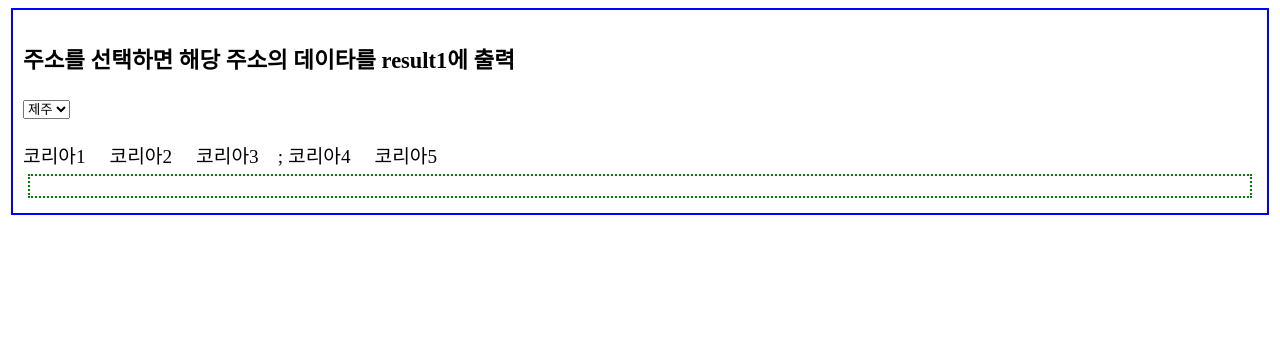
Repository: patternlobe-stack/MY_repository
Page: webpro/src/main/webapp/0916/data메소드.html
An editor plug-in stored every save of this project. The page is shown before and after the next save, followed by the edit.
The browser window is 1280 px wide. The pictures show the whole page.
After loading, the first visible `#addr` was changed once.

Above is the page before, as saved 2025-09-16 08:17:17.
Console error: ReferenceError: address is not defined

After the next save:
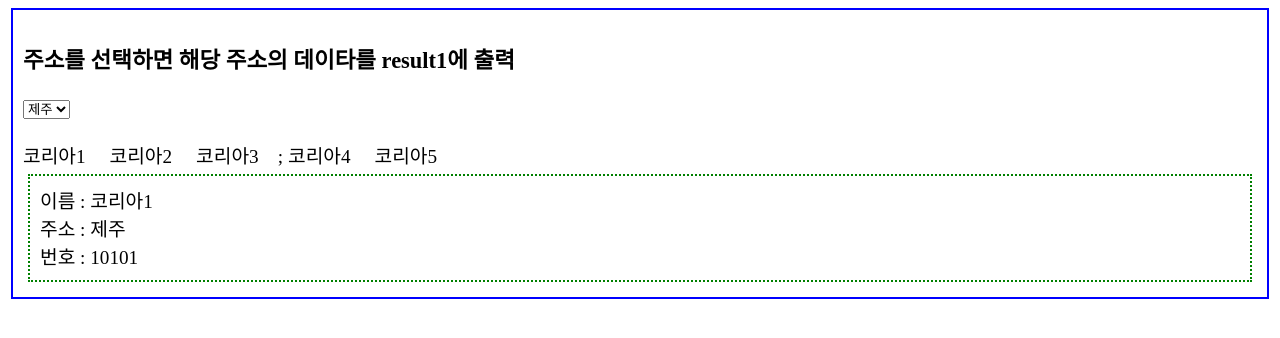
The error is gone.
Saved 107 s later.
--- a/webpro/src/main/webapp/0916/data메소드.html
+++ b/webpro/src/main/webapp/0916/data메소드.html
@@ -9,58 +9,34 @@
  <!--<script src= ..... </script> -->
 <!--  외부스크립트를 만들수 있다.-->
 <script>
+$(()=>{
+    $('#addr').on('change', function(){
+        // 선택된 option 값
+        let addr = $('option:selected', this).val().trim();
 
-$(()=>{
+        // this: #addr 를 기준으로 형제 span들 찾기
+        let aa = $(this).siblings('span');
+        console.log(aa);
 
-	$('#addr').on('change',function(){
-		//this :#addr
+        let str = "";
 
-	//$('#addr option')
-	let addr = $('option:selected', this).val().trim();
+        $(aa).each(function(){
+            let dataAddr = $(this).data('address');
 
-	 spAddr = $('span').attr('data-address');
-	 spAddr = $('span').data('address');
+            if(addr == dataAddr){
+                let res = $(this).data();
+                // res는 {name:"코리아1", address:"제주", code:"10101"} 이런 객체
 
-	 console.log(spAddr); //span들 중 첫번째 것만 출력이 됨
+                str += `이름 : ${res.name} <br>`;
+                str += `주소 : ${res.address} <br>`;
+                str += `번호 : ${res.code} <br>`;
+            }
+        });
 
-	 //this: #addr 를 기준으로 형제 중 span 모두를 검색
-	 aa=$(this).siblings('span');
-	 console.log(aa)
-
-	 let str="";
-
-	 $(aa).each(function(i,item){
-		// $('aa').eq(i)
-	 //	 $(item)
-	 //	 $(this)
-
-	 	dataAddr = $(this).data('address')
-
-	 	if(addr== dataAddr){
-
-	 	//	attr('data-name')attr('data-address' attr('data-code')
-	 	//	data('name') data('address') data('code')
-
-	 		res = $(this).data();
-	 		//res결과는 리터럴 객체{name:"코리가1", address:"제주", code:"10021...."}
-
-	 		//출력내용 만들기
-	 		str += `이름 : ${res,name} `
-	 		str += `주소 : ${res,address} `
-	 		str += `번호 : ${res,code} <br>`
-
-
-	 	}//if
-	 })//반복문
-	 //출력
-
-
-	 $('#result1').html(str)
-	})
-
-})
-
-
+        // 출력
+        $('#result1').html(str);
+    });
+});
 </script>
 
 </head>
